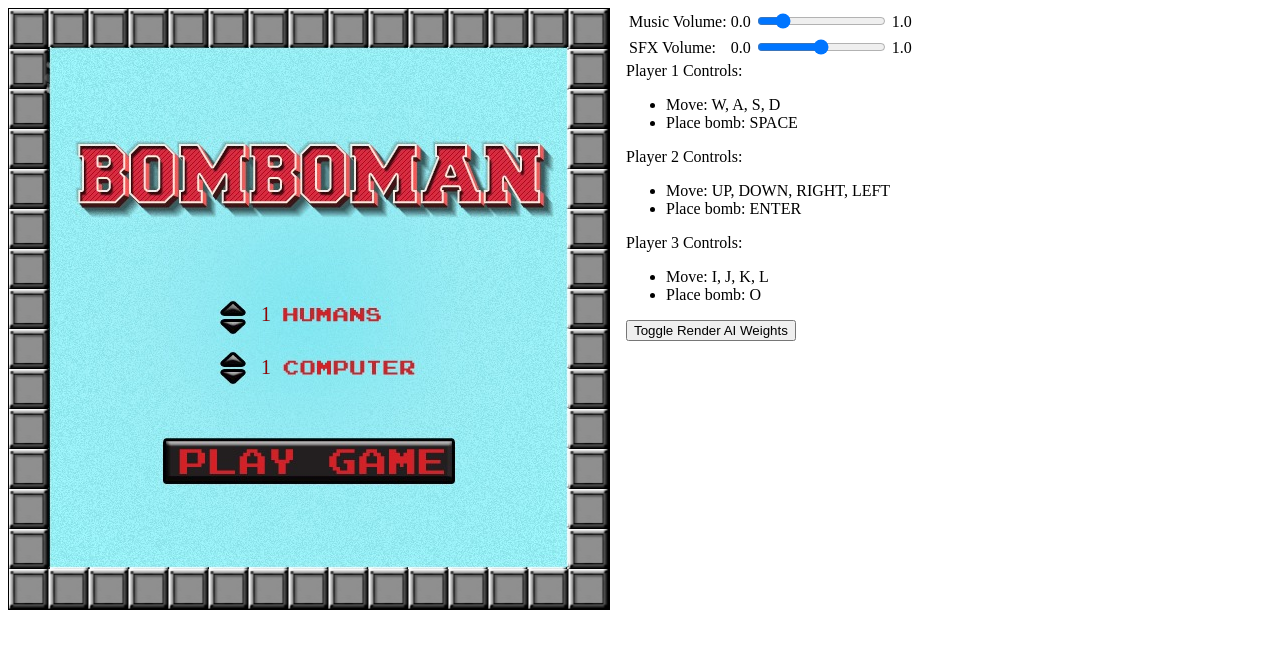
Repository: arnarb89/Bomberman
Page: index.html
The author's editor kept a record of every edit. The page is drawn from the files as they stood at one moment, then again after the next edit.
The browser window is 1280 px wide. The pictures show the whole page.

Above is the page before.
Console error: SyntaxError: Unexpected identifier 'getRandomIntInclusive'

After the next edit:
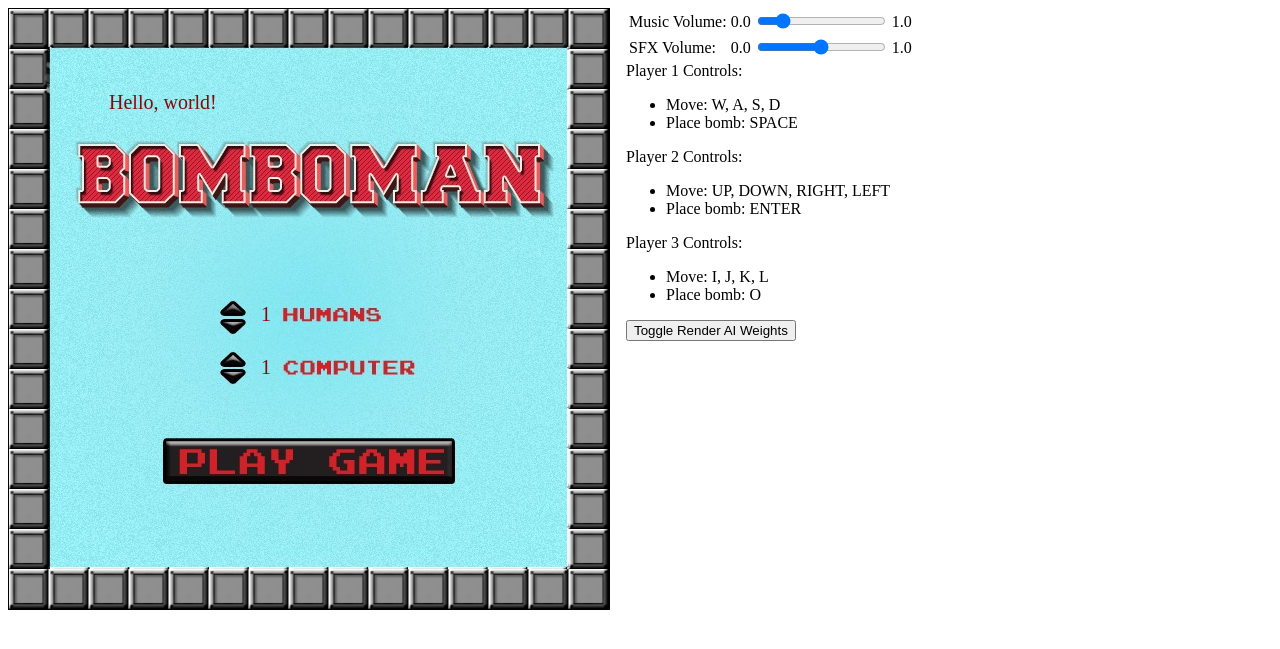
The edit:
--- a/js/Menu.js
+++ b/js/Menu.js
@@ -170,6 +170,8 @@
     ctx.font = "20px Frontman";
     ctx.fillStyle = "rgb(138, 7, 7)";
 
+    ctx.fillText("Hello, world!", 100, 100, 500);
+
     ctx.fillText(g_numberOfAis, 252, 365, 500);
 
     ctx.fillText(g_numberOfHumans, 252, 312, 500);
